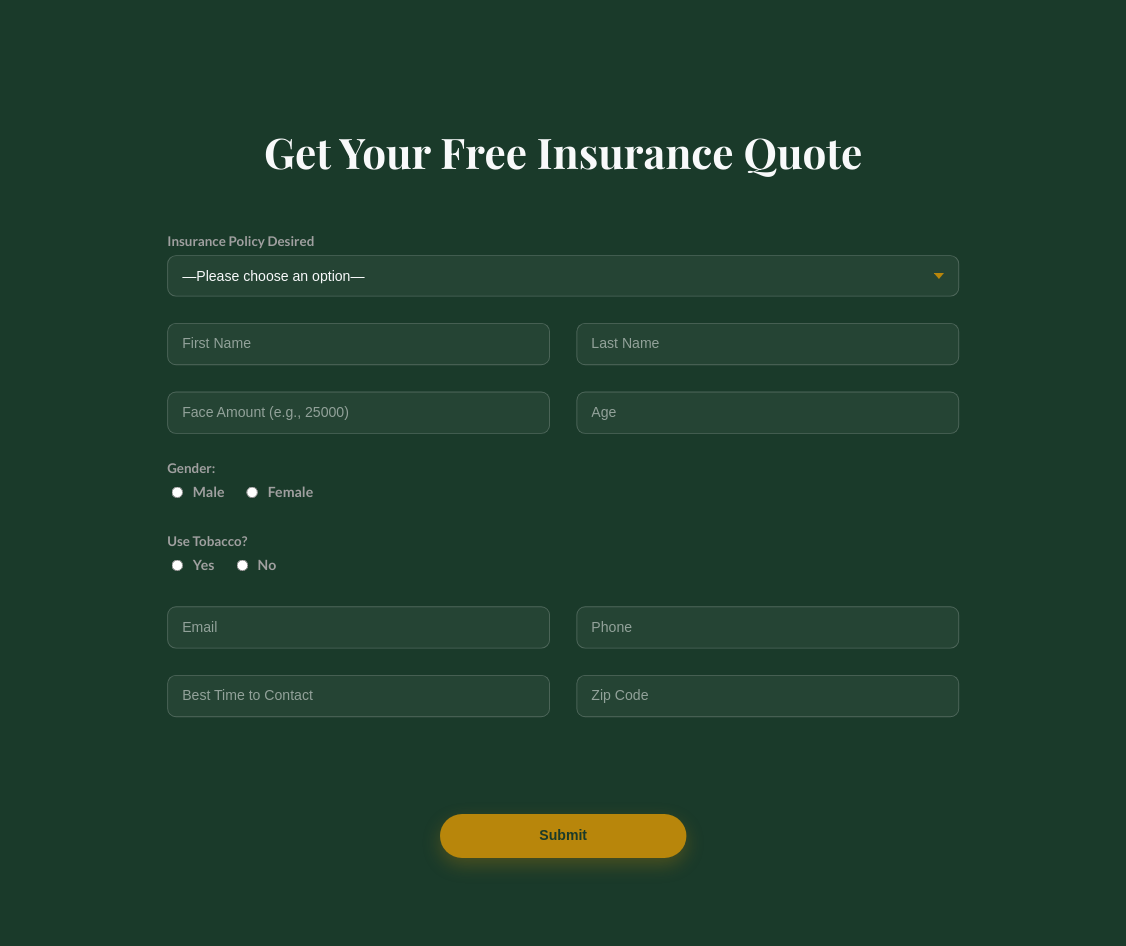
Repository: nighttimeweb/mountain-lux
Page: quote.html
The author's editor kept a copy of each file at every save. The page is drawn from the files as they stood at one save, then again after the next save.
The browser window is 1280 px wide. The pictures show the whole page, at 88% of full size.

Above is the page before, as saved 2025-05-06 00:32:55.

After the next save:
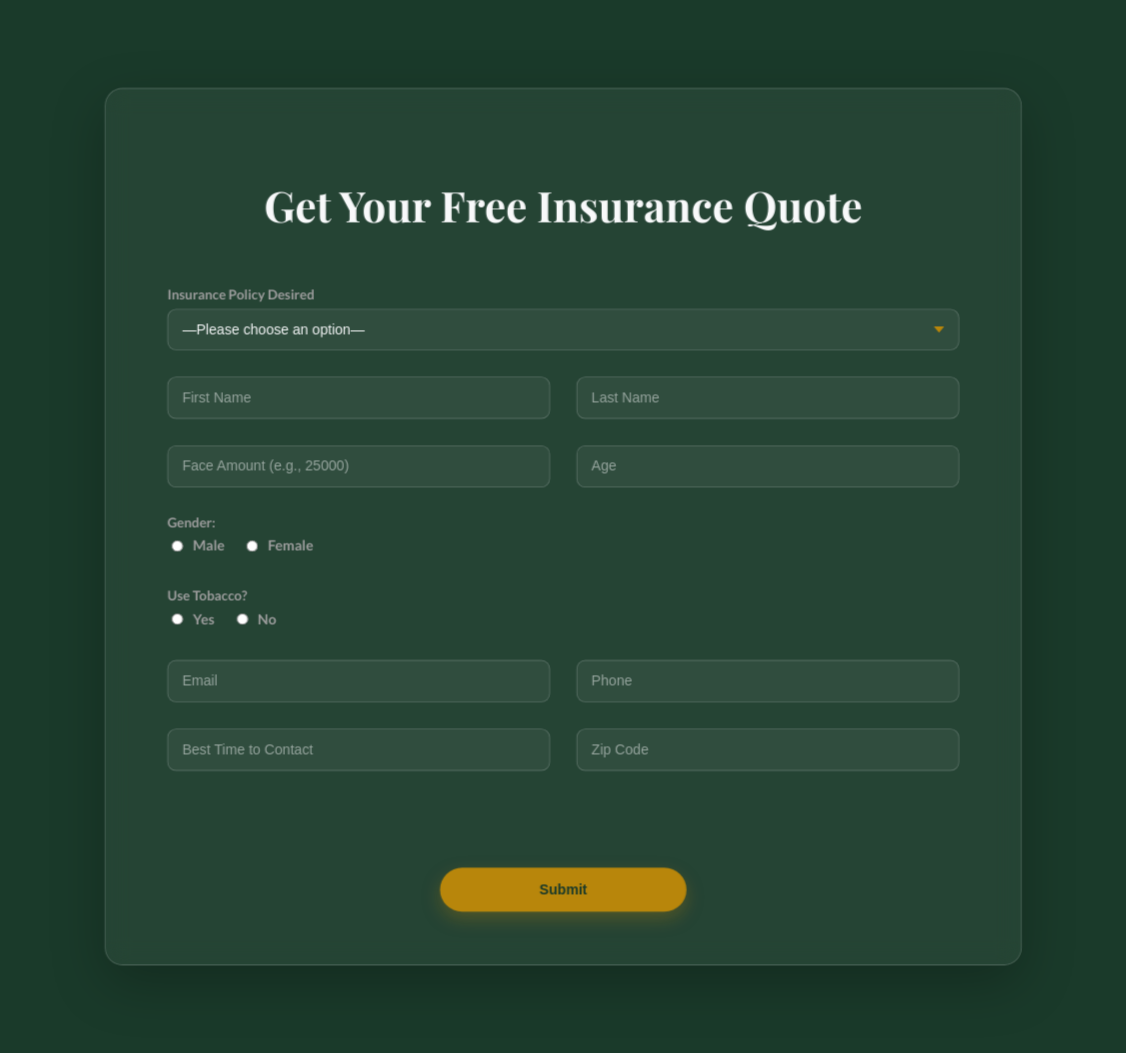
Saved 3 min 5 s later.
--- a/quote.html
+++ b/quote.html
@@ -162,6 +162,17 @@
       animation: fadeInUp 0.3s ease-out;
       color: #1a3a2a;
     }
+    .glass-card {
+  background: rgba(255, 255, 255, 0.05); /* faint white tint */
+  border: 1px solid rgba(255, 255, 255, 0.2);
+  backdrop-filter: blur(14px);
+  -webkit-backdrop-filter: blur(14px);
+  border-radius: 20px;
+  box-shadow: 0 20px 60px rgba(0, 0, 0, 0.25);
+  padding: 60px 40px;
+  max-width: 960px;
+  margin: 0 auto;
+}
 
     .thank-you-card h2 {
       font-size: 1.8rem;
@@ -183,14 +194,16 @@
         transform: translateY(0);
         opacity: 1;
       }
+
     }
   </style>
 </head>
 <body>
   <main>
     <section class="quote-form">
-      <h2>Get Your Free Insurance Quote</h2>
-      <form class="wpcf7-form">
+      <div class="glass-card">
+        <h2>Get Your Free Insurance Quote</h2>
+        <form class="wpcf7-form">
         <div class="form-group form-full">
           <label for="InsurancePolicyDesired">Insurance Policy Desired</label>
           <select name="InsurancePolicyDesired" required>
